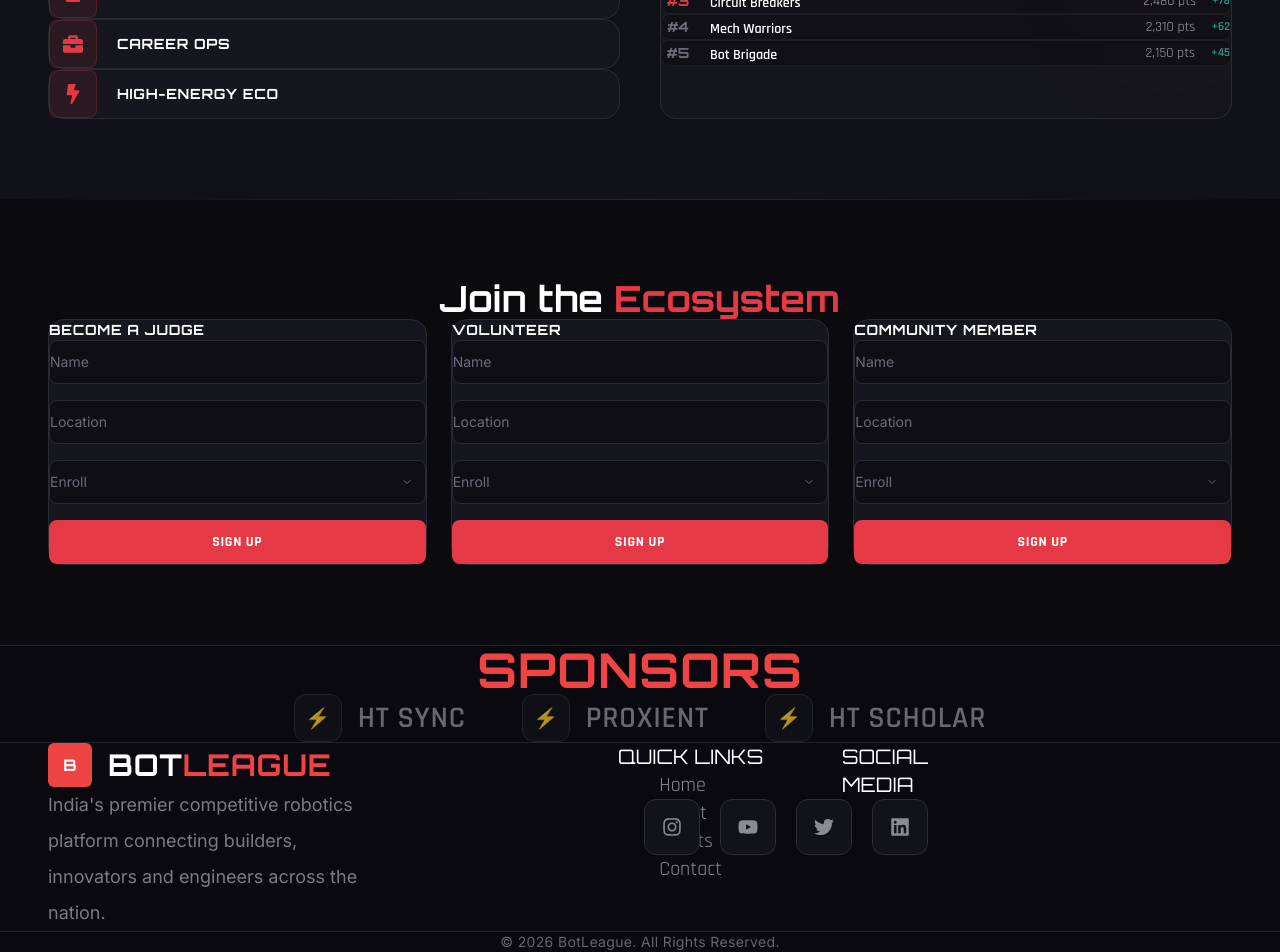
Repository: Debkumar04/botmakers-ai-shopping-assistant
Page: /
These files come from the project's save history. The page is drawn as it stood at one moment and after the next save; the edit follows.
The browser window is 1280 px wide. The pictures show the part of the page from y = 3030 to 3982 px (the page is 3982 px tall).
The project was rebuilt for these pictures with package versions that can differ from the ones it lists, and the page was loaded fresh each time. Also part of the build but not shown: vite.config.ts.

Above is the page before, as saved 2026-07-24 09:32:01.

### index.html
<!doctype html>
<html lang="en">
  <head>
    <meta charset="UTF-8" />
    <link rel="icon" type="image/svg+xml" href="/vite.svg" />
    <meta name="viewport" content="width=device-width, initial-scale=1.0" />
    <meta name="description" content="BotLeague - India's Ultimate Robotics Arena. Build, Compete, and Rise in the world of competitive robotics." />
    <title>BotLeague - India's Ultimate Robotics Arena</title>
    <link rel="preconnect" href="https://fonts.googleapis.com" />
    <link rel="preconnect" href="https://fonts.gstatic.com" crossorigin />
    <link href="https://fonts.googleapis.com/css2?family=Orbitron:wght@400;500;600;700;800;900&family=Rajdhani:wght@300;400;500;600;700&family=Inter:wght@300;400;500;600;700&display=swap" rel="stylesheet" />
  </head>
  <body>
    <div id="root"></div>
    <script type="module" src="/src/main.tsx"></script>
  </body>
</html>

### src/index.css
@import "tailwindcss";

@theme {
  --font-orbitron: "Orbitron", sans-serif;
  --font-rajdhani: "Rajdhani", sans-serif;
  --font-inter: "Inter", sans-serif;
  --color-bg-primary: #0a0a0f;
  --color-bg-secondary: #111118;
  --color-bg-card: #16161e;
  --color-bg-card-hover: #1e1e28;
  --color-accent: #e63946;
  --color-accent-dark: #b71c2a;
  --color-accent-glow: rgba(230, 57, 70, 0.3);
  --color-text-primary: #ffffff;
  --color-text-secondary: #a0a0b0;
  --color-text-muted: #6b6b7b;
  --color-border: #2a2a35;
  --color-border-accent: #e63946;
}

* {
  margin: 0;
  padding: 0;
  box-sizing: border-box;
}

body {
  font-family: "Inter", sans-serif;
  background-color: #0a0a0f;
  color: #ffffff;
  overflow-x: hidden;
}

::-webkit-scrollbar {
  width: 6px;
}

::-webkit-scrollbar-track {
  background: #0a0a0f;
}

::-webkit-scrollbar-thumb {
  background: #e63946;
  border-radius: 3px;
}

::selection {
  background: rgba(230, 57, 70, 0.4);
  color: #ffffff;
}

.page-container {
  max-width: 1280px;
  margin-left: auto;
  margin-right: auto;
  padding-left: 20px;
  padding-right: 20px;
}

@media (min-width: 768px) {
  .page-container {
    padding-left: 32px;
    padding-right: 32px;
  }
}

@media (min-width: 1024px) {
  .page-container {
    padding-left: 48px;
    padding-right: 48px;
  }
}

.section-py {
  padding-top: 48px;
  padding-bottom: 48px;
}

@media (min-width: 768px) {
  .section-py {
    padding-top: 64px;
    padding-bottom: 64px;
  }
}

@media (min-width: 1024px) {
  .section-py {
    padding-top: 80px;
    padding-bottom: 80px;
  }
}

.btn-primary {
  height: 44px;
  padding-left: 24px;
  padding-right: 24px;
  border-radius: 10px;
  transition: all 300ms cubic-bezier(0.4, 0, 0.2, 1);
}

.btn-primary:hover {
  transform: translateY(-2px);
}

.btn-secondary {
  height: 44px;
  padding-left: 24px;
  padding-right: 24px;
  border-radius: 10px;
  transition: all 300ms cubic-bezier(0.4, 0, 0.2, 1);
}

.btn-secondary:hover {
  transform: translateY(-2px);
}

.card-base {
  border-radius: 16px;
  border-color: #2a2a35;
  transition: all 300ms cubic-bezier(0.4, 0, 0.2, 1);
}

.page-container {
    max-width: 1280px;
    margin-inline: auto;
    padding-inline: 48px;
}

@media (max-width: 1024px) {
  .page-container {
    padding-inline: 32px;
  }
}

@media (max-width: 768px) {
  .page-container {
    padding-inline: 20px;
  }
}

### src/App.tsx
import Navbar from "./components/layout/Navbar";
import Footer from "./components/layout/Footer";
import Hero from "./components/sections/Hero";
import Competitions from "./components/sections/Competitions";
import PathToLeague from "./components/sections/PathToLeague";
import WhatIsBotLeague from "./components/sections/WhatIsBotLeague";
import Categories from "./components/sections/Categories";
import Disciplines from "./components/sections/Disciplines";
import WhyRegister from "./components/sections/WhyRegister";
import JoinEcosystem from "./components/sections/JoinEcosystem";

export default function App() {
  return (
    <div className="min-h-screen bg-[#0a0a0f]">
      <Navbar />
      <main>
        <Hero />
        <Competitions />
        <PathToLeague />
        <WhatIsBotLeague />
        <Categories />
        <Disciplines />
        <WhyRegister />
        <JoinEcosystem />
      </main>
      <Footer />
    </div>
  );
}

### src/components/layout/Footer.tsx
import { FOOTER_LINKS, SPONSORS } from "../../constants/data";
import { FaInstagram, FaYoutube, FaTwitter, FaLinkedin } from "react-icons/fa";

const socialIcons: Record<string, React.ReactNode> = {
  Instagram: <FaInstagram />,
  YouTube: <FaYoutube />,
  Twitter: <FaTwitter />,
  LinkedIn: <FaLinkedin />,
};

export default function Footer() {
  return (
    <footer className="bg-[#09090F] border-t border-[#23232d]">
      {/* Sponsors */}
      <div className="page-container pt-20">
        <h2 className="font-[Orbitron] text-center text-5xl font-bold uppercase tracking-wide">
          <span className="text-[#ef4444]">Sponsors</span>
        </h2>

        <div className="mt-10 flex flex-wrap justify-center items-center gap-14">
          {SPONSORS.map((sponsor) => (
            <div
              key={sponsor.name}
              className="flex items-center gap-4 opacity-70 hover:opacity-100 transition duration-300"
            >
              <div className="w-12 h-12 rounded-xl border border-[#2d2d36] bg-[#12121a] flex items-center justify-center">
                <span className="text-[#ef4444] text-xl">⚡</span>
              </div>

              <span className="font-[Rajdhani] text-3xl font-semibold text-[#8f8f98] uppercase tracking-wide">
                {sponsor.logo}
              </span>
            </div>
          ))}
        </div>
      </div>

      {/* Divider */}

      <div className="mt-16 border-t border-[#23232d]" />

      {/* Footer */}

      <div className="page-container py-16">
        <div className="grid grid-cols-1 lg:grid-cols-12 gap-8 items-start">
          {/* Left */}

          <div className="lg:col-span-5">
            <div className="flex items-center gap-4 mb-8">
              <div className="w-11 h-11 rounded-md bg-[#ef4444] flex items-center justify-center">
                <span className="font-[Orbitron] text-white font-bold">B</span>
              </div>

              <h2 className="font-[Orbitron] text-3xl font-bold tracking-wide">
                <span className="text-white">BOT</span>
                <span className="text-[#ef4444]">LEAGUE</span>
              </h2>
            </div>

            <p className="max-w-[320px] text-[#7b7b88] text-lg leading-9">
              India's premier competitive robotics platform connecting builders,
              innovators and engineers across the nation.
            </p>
          </div>

          {/* Center */}

          <div className="lg:col-span-3 flex flex-col items-center">
            <h3 className="font-[Orbitron] text-white uppercase text-xl mb-8">
              Quick Links
            </h3>

            <ul className="space-y-5">
              {FOOTER_LINKS.quickLinks.map((item) => (
                <li key={item.label}>
                  <a
                    href={item.href}
                    className="text-[#8b8b95] text-xl font-[Rajdhani] hover:text-[#ef4444] transition"
                  >
                    {item.label}
                  </a>
                </li>
              ))}
            </ul>
          </div>

          {/* Right */}

          <div className="flex flex-col items-end">
            <h3 className="font-[Orbitron] text-white uppercase text-xl mb-8">
              Social Media
            </h3>

            <div className="flex gap-5">
              {FOOTER_LINKS.socialMedia.map((item) => (
                <a
                  key={item.label}
                  href={item.href}
                  className="w-14 h-14 rounded-xl border border-[#2d2d36] bg-[#12121a] flex items-center justify-center text-[#8b8b95] text-xl hover:border-[#ef4444] hover:text-[#ef4444] transition-all duration-300"
                >
                  {socialIcons[item.label]}
                </a>
              ))}
            </div>
          </div>
        </div>
      </div>

      {/* Copyright */}

      <div className="border-t border-[#23232d]">
        <div className="page-container py-6 text-center">
          <p className="text-[#666] text-sm tracking-wide">
            © 2026 BotLeague. All Rights Reserved.
          </p>
        </div>
      </div>
    </footer>
  );
}

### src/components/sections/Hero.tsx
export default function Hero() {
  return (
    <section className="relative min-h-screen flex items-center overflow-hidden">
      <div className="absolute inset-0 z-0">
        <img
          src="https://images.unsplash.com/photo-1485827404703-89b55fcc595e?w=1920&h=1080&fit=crop"
          alt="Robotics Arena"
          className="w-full h-full object-cover opacity-30"
        />
        <div className="absolute inset-0 bg-gradient-to-r from-[#0a0a0f] via-[#0a0a0f]/80 to-transparent" />
        <div className="absolute inset-0 bg-gradient-to-t from-[#0a0a0f] via-transparent to-[#0a0a0f]/60" />
        <div className="absolute top-0 right-0 w-1/2 h-full bg-gradient-to-l from-[#e63946]/10 to-transparent" />
        <div className="absolute bottom-0 left-1/4 w-96 h-96 bg-[#e63946]/5 rounded-full blur-[120px]" />
      </div>

      <div className="relative z-10 page-container py-12 flex flex-col justify-center min-h-[calc(100vh-80px)]">
        <div className="max-w-[600px] mx-auto text-center flex flex-col items-center">
          <div className="inline-flex items-center gap-2 px-4 py-1.5 bg-[#e63946]/10 border border-[#e63946]/30 rounded-full mb-[20px]">
            <span className="w-2 h-2 bg-[#e63946] rounded-full animate-pulse" />
            <span className="font-[Rajdhani] text-[#e63946] text-xs font-semibold uppercase tracking-widest">
              Season 2026 Live
            </span>
          </div>

          <h1 className="font-[Orbitron] text-4xl sm:text-5xl md:text-6xl lg:text-7xl font-black text-white leading-[1.1] mb-[24px]">
            INDIA&apos;S ULTIMATE{" "}
            <span className="text-[#e63946]">ROBOTICS</span>{" "}
            <span className="block">ARENA</span>
          </h1>

          <p className="font-[Rajdhani] text-lg md:text-xl text-[#a0a0b0] font-medium mb-[36px] leading-relaxed">
            Build. Compete. Rise. The Nation&apos;s
            <br />
            Premier Robotics Platform for Builders.
          </p>

          <div className="flex flex-wrap gap-[16px] justify-center items-center">
            <a
              href="#events"
              className="group relative inline-flex items-center justify-center gap-2 px-[24px] h-[44px] bg-[#e63946] font-[Rajdhani] text-white text-base font-bold uppercase tracking-wider rounded-[10px] overflow-hidden transition-all duration-300 hover:bg-[#b71c2a] hover:-translate-y-[2px] hover:shadow-[0_0_30px_rgba(230,57,70,0.4)]"
            >
              <span className="relative z-10">Join Now</span>
              <span className="relative z-10 group-hover:translate-x-1 transition-transform">→</span>
            </a>
            <a
              href="#about"
              className="inline-flex items-center justify-center gap-2 px-[24px] h-[44px] border border-[#2a2a35] font-[Rajdhani] text-white text-base font-bold uppercase tracking-wider rounded-[10px] hover:border-[#e63946]/50 hover:bg-[#e63946]/5 hover:-translate-y-[2px] transition-all duration-300"
            >
              Explore
            </a>
          </div>
        </div>
      </div>

      <div className="absolute bottom-0 left-0 w-full h-px bg-gradient-to-r from-transparent via-[#e63946]/50 to-transparent" />
    </section>
  );
}

### src/components/sections/PathToLeague.tsx
import { PATH_STEPS } from "../../constants/data";
import SectionHeading from "../ui/SectionHeading";
import { FaWrench, FaTrophy, FaStar, FaChartLine, FaCrown } from "react-icons/fa";

const iconMap: Record<string, React.ReactNode> = {
  wrench: <FaWrench />,
  trophy: <FaTrophy />,
  star: <FaStar />,
  "trending-up": <FaChartLine />,
  crown: <FaCrown />,
};

export default function PathToLeague() {
  return (
    <section className="section-py bg-[#111118] relative">
      <div className="absolute top-0 left-0 w-full h-px bg-gradient-to-r from-transparent via-[#2a2a35] to-transparent" />

      <div className="page-container">
        <SectionHeading tag="Getting Started" title="Your Path to" highlight="the League" />

        {/* Timeline — max-width 1200px, centered */}
        <div className="mt-10 mx-auto relative" style={{ maxWidth: "1200px" }}>

          {/* Horizontal connector line — runs center-to-center of first and last circle.
              Each of 5 equal cols is 20% wide; circle center sits at 10% and 90%. */}
          <div
            className="hidden lg:block absolute h-px bg-gradient-to-r from-[#e63946]/20 via-[#e63946]/40 to-[#e63946]/20"
            style={{ top: "40px", left: "10%", right: "10%" }}
          />

          {/* Five steps — equal columns, no extra gap on desktop */}
          <div className="grid grid-cols-2 sm:grid-cols-3 lg:grid-cols-5 gap-6 lg:gap-0">
            {PATH_STEPS.map((step, index) => (
              <div
                key={step.title}
                className="flex flex-col items-center text-center group"
              >
                {/* Circle — 80px, badge 24px */}
                <div className="relative shrink-0">
                  <div className="w-[80px] h-[80px] rounded-full bg-[#16161e] border-2 border-[#2a2a35] flex items-center justify-center text-2xl text-[#e63946] group-hover:border-[#e63946] group-hover:shadow-[0_0_20px_rgba(230,57,70,0.3)] transition-all duration-300">
                    {iconMap[step.icon]}
                  </div>
                  <span className="absolute -top-1.5 -right-1.5 w-[24px] h-[24px] bg-[#e63946] rounded-full flex items-center justify-center text-white text-xs font-[Rajdhani] font-bold">
                    {index + 1}
                  </span>
                </div>

                {/* Heading — 16px below circle */}
                <h3 className="font-[Orbitron] text-xs font-bold text-white uppercase tracking-wider mt-[16px]">
                  {step.title}
                </h3>

                {/* Description — 8px below heading */}
                <p className="font-[Inter] text-[#6b6b7b] text-xs leading-relaxed mt-[8px]">
                  {step.description}
                </p>
              </div>
            ))}
          </div>
        </div>
      </div>
    </section>
  );
}

### src/components/sections/WhatIsBotLeague.tsx
import { FEATURES } from "../../constants/data";
import SectionHeading from "../ui/SectionHeading";

export default function WhatIsBotLeague() {
  return (
    <section id="about" className="section-py bg-[#0a0a0f] relative">
      <div className="absolute top-0 left-0 w-full h-px bg-gradient-to-r from-transparent via-[#2a2a35] to-transparent" />

      <div className="page-container">
        <SectionHeading title="What is" highlight="BotLeague?" />

        {/* gap-[24px], equal-height rows via items-stretch */}
        <div className="grid grid-cols-1 sm:grid-cols-2 gap-[24px] mt-12">
          {FEATURES.map((feature) => (
            <div
              key={feature.title}
              className="group flex items-start gap-4 p-[20px] bg-[#16161e] border border-[#2a2a35] rounded-[16px] hover:border-[#e63946]/30 transition-all duration-300 h-full"
            >
              {/* Number box — shrink-0 keeps it from squishing, no vertical stretch */}
              <div className="shrink-0 w-10 h-10 bg-[#e63946]/10 border border-[#e63946]/20 rounded-lg flex items-center justify-center">
                <span className="font-[Orbitron] text-[#e63946] text-base font-bold">
                  {feature.number}
                </span>
              </div>

              {/* Text block — heading top-aligns with the number box */}
              <div className="min-w-0">
                <h3 className="font-[Orbitron] text-sm font-bold text-white uppercase tracking-wider">
                  {feature.title}
                </h3>
                <p className="font-[Inter] text-[#6b6b7b] text-sm leading-relaxed mt-2 max-w-[90%]">
                  {feature.description}
                </p>
              </div>
            </div>
          ))}
        </div>
      </div>
    </section>
  );
}

### src/components/sections/Categories.tsx
import { CATEGORIES } from "../../constants/data";
import SectionHeading from "../ui/SectionHeading";

export default function Categories() {
  return (
    <section id="categories" className="section-py bg-[#111118] relative">
      <div className="absolute top-0 left-0 w-full h-px bg-gradient-to-r from-transparent via-[#2a2a35] to-transparent" />

      <div className="page-container">
        <SectionHeading title="CATEGORIES" />

        <div className="grid grid-cols-2 lg:grid-cols-4 gap-[24px] mt-12">
          {CATEGORIES.map((category) => (
            <div
              key={category.title}
              className="group relative p-[24px] bg-[#16161e] border border-[#2a2a35] rounded-[16px] flex flex-col items-center text-center hover:border-opacity-60 transition-all duration-300 overflow-hidden h-full"
              style={{
                ["--cat-color" as string]: category.color,
              }}
            >
              <div
                className="absolute inset-0 opacity-0 group-hover:opacity-100 transition-opacity duration-500"
                style={{
                  background: `radial-gradient(circle at center, ${category.color}08 0%, transparent 70%)`,
                }}
              />
              <div className="relative z-10 flex flex-col items-center w-full">
                <div
                  className="w-16 h-16 shrink-0 rounded-2xl flex items-center justify-center text-3xl border"
                  style={{
                    backgroundColor: `${category.color}15`,
                    borderColor: `${category.color}30`,
                  }}
                >
                  {category.icon}
                </div>
                <h3 className="font-[Orbitron] text-sm font-bold text-white uppercase tracking-wider mt-[20px]">
                  {category.title}
                </h3>
                <p className="font-[Rajdhani] text-[#6b6b7b] text-sm font-medium mt-[10px]">
                  {category.age}
                </p>
              </div>
            </div>
          ))}
        </div>
      </div>
    </section>
  );
}

### src/components/sections/Disciplines.tsx
import { DISCIPLINES } from "../../constants/data";
import SectionHeading from "../ui/SectionHeading";

export default function Disciplines() {
  return (
    <section id="disciplines" className="section-py bg-[#0a0a0f] relative">
      <div className="absolute top-0 left-0 w-full h-px bg-gradient-to-r from-transparent via-[#2a2a35] to-transparent" />

      <div className="page-container">
        <SectionHeading tag="Events" title="Competition" highlight="Disciplines" />

        <div className="grid grid-cols-2 sm:grid-cols-3 lg:grid-cols-5 gap-[24px] mt-12">
          {DISCIPLINES.map((discipline) => (
            <div
              key={discipline.title}
              className="group relative rounded-[16px] overflow-hidden aspect-[16/10] sm:aspect-[4/5] cursor-pointer card-base border border-[#2a2a35] h-full"
            >
              <img
                src={discipline.image}
                alt={discipline.title}
                className="w-full h-full object-cover group-hover:scale-110 transition-transform duration-500"
              />
              <div className="absolute inset-0 bg-gradient-to-t from-[#0a0a0f] via-[#0a0a0f]/40 to-transparent" />
              <div className="absolute inset-0 bg-[#e63946]/0 group-hover:bg-[#e63946]/10 transition-colors duration-300" />
              <div className="absolute bottom-0 left-0 right-0 p-[16px]">
                <h3 className="font-[Orbitron] text-xs sm:text-sm font-bold text-white uppercase tracking-wider">
                  {discipline.title}
                </h3>
              </div>
              <div className="absolute top-3 right-3 w-8 h-8 bg-[#e63946]/80 rounded-full flex items-center justify-center opacity-0 group-hover:opacity-100 transition-opacity duration-300">
                <span className="text-white text-xs">→</span>
              </div>
            </div>
          ))}
        </div>
      </div>
    </section>
  );
}

### src/components/ui/SectionHeading.tsx
interface SectionHeadingProps {
  tag?: string;
  title: string;
  highlight?: string;
  centered?: boolean;
}

export default function SectionHeading({
  tag,
  title,
  highlight,
  centered = true,
}: SectionHeadingProps) {
  return (
    <div className={centered ? "text-center" : ""}>
      {tag && (
        <span className="inline-block font-[Rajdhani] text-[#e63946] text-xs font-semibold uppercase tracking-[0.3em] mb-2">
          {tag}
        </span>
      )}
      <h2 className="font-[Orbitron] text-2xl md:text-3xl lg:text-4xl font-bold text-white">
        {title}{" "}
        {highlight && <span className="text-[#e63946]">{highlight}</span>}
      </h2>
    </div>
  );
}

Loaded but not shown: src/main.tsx (common file); src/constants/data.ts (189 lines, source omitted); src/components/layout/Navbar.tsx (115 lines, source omitted); src/components/sections/WhyRegister.tsx (91 lines, source omitted); src/components/sections/Competitions.tsx (95 lines, source omitted); src/components/sections/JoinEcosystem.tsx (75 lines, source omitted)

After the next save:
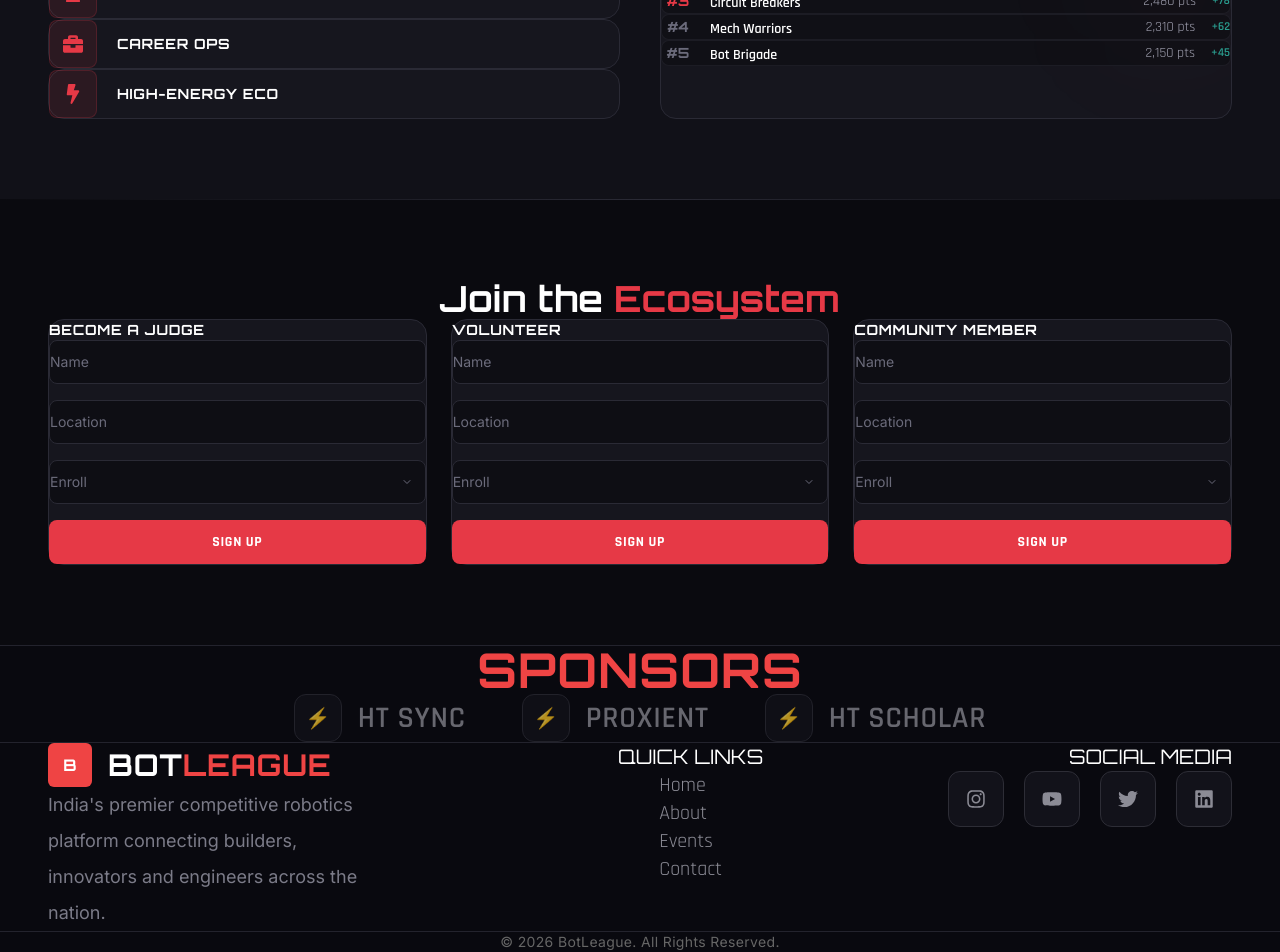
Saved 28 s later.
--- a/src/components/layout/Footer.tsx
+++ b/src/components/layout/Footer.tsx
@@ -86,7 +86,7 @@ export default function Footer() {
 
           {/* Right */}
 
-          <div className="flex flex-col items-end">
+          <div className="lg:col-span-4 flex flex-col items-end">
             <h3 className="font-[Orbitron] text-white uppercase text-xl mb-8">
               Social Media
             </h3>
